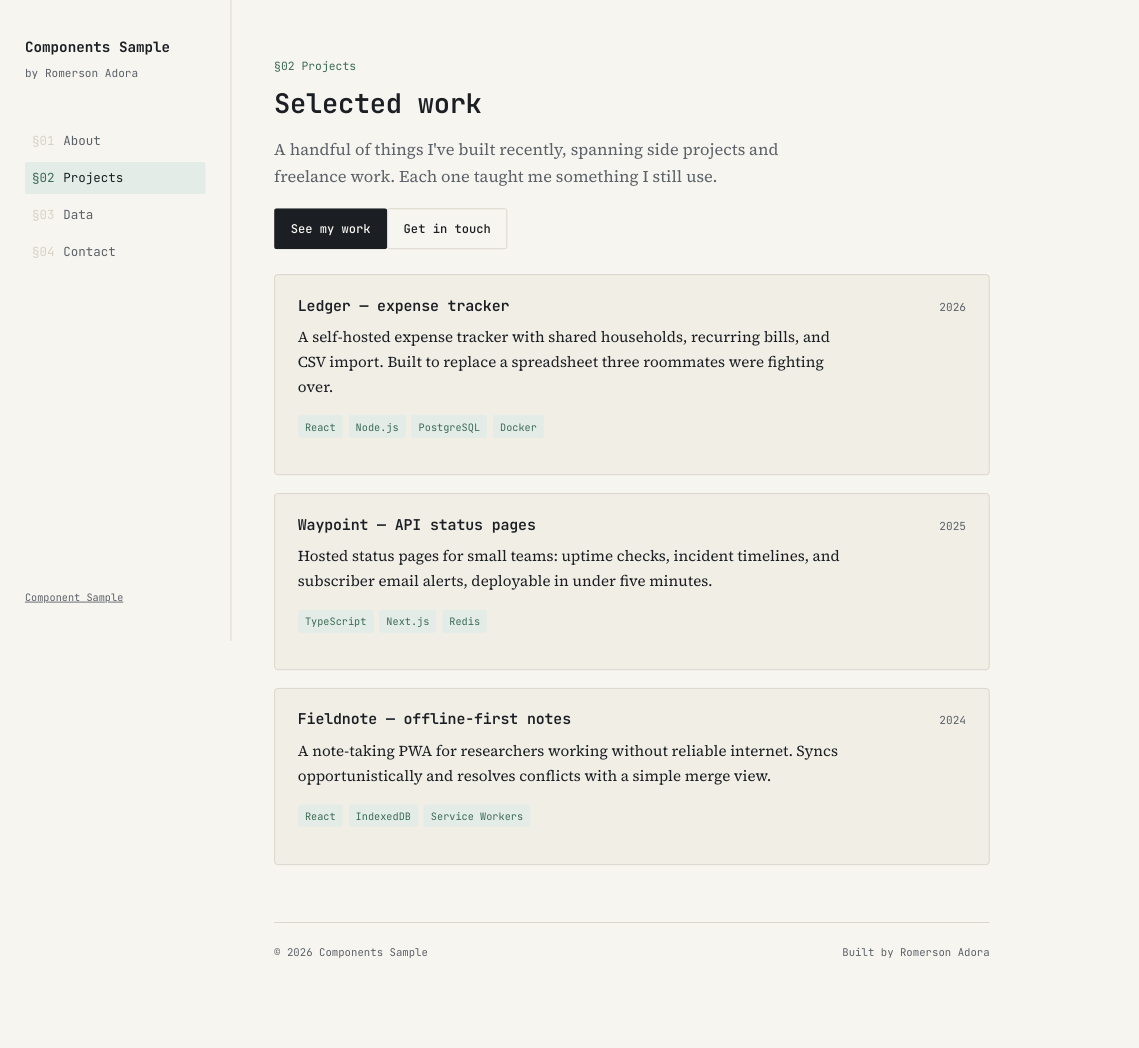
Repository: rsondev/Components-Project
Page: /projects
The author's editor kept a copy of each file at every save. The page is drawn from the files as they stood at one save, then again after the next save.
The browser window is 1280 px wide. The pictures show the whole page, at 89% of full size.
The project was rebuilt for these pictures with package versions that can differ from the ones it lists, and the page was loaded fresh each time. Also part of the build but not shown: vite.config.js, src/pages/Home.jsx, src/components/DataStats.jsx, src/data/skills.js, src/pages/Data.jsx, src/components/ContactForm.jsx, src/pages/Contact.jsx.

Above is the page before, as saved 2026-09-12 13:23:18.

After the next save:
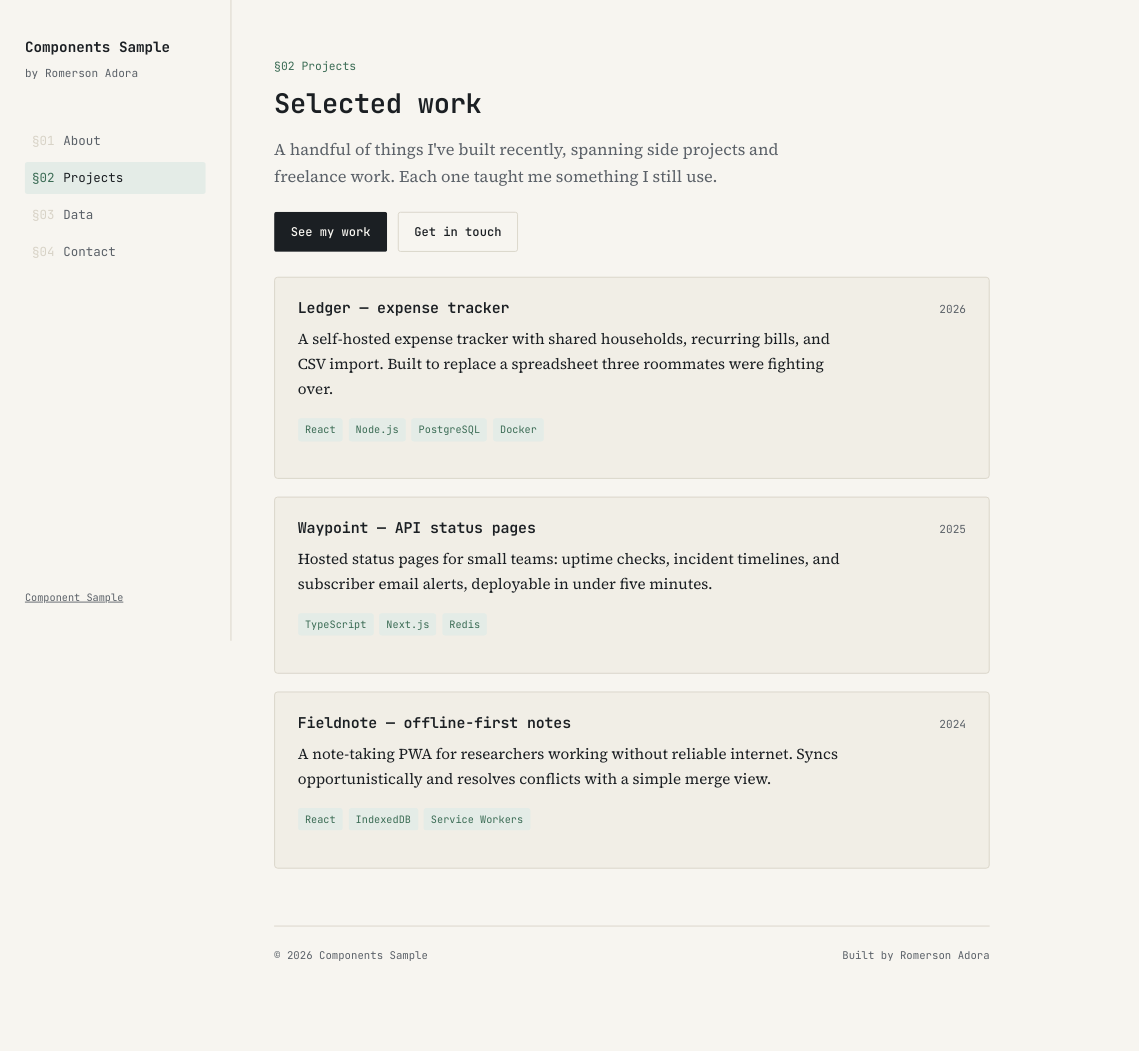
Saved 18 s later.
--- a/src/pages/Projects.jsx
+++ b/src/pages/Projects.jsx
@@ -13,10 +13,12 @@ export default function Projects() {
         A handful of things I've built recently, spanning side projects
         and freelance work. Each one taught me something I still use.
       </p>
-      <Button href="/projects">See my work</Button>
-        <Button href="/contact" variant="ghost">
-          Get in touch
-        </Button>
+        <div style={{ display: 'flex', gap: '0.75rem', marginTop: '1.5rem' }}>
+              <Button href="/projects">See my work</Button>
+              <Button href="/contact" variant="ghost">
+                Get in touch
+              </Button>
+            </div>
 
       <div className="project-grid">
         {projects.map((project) => (
